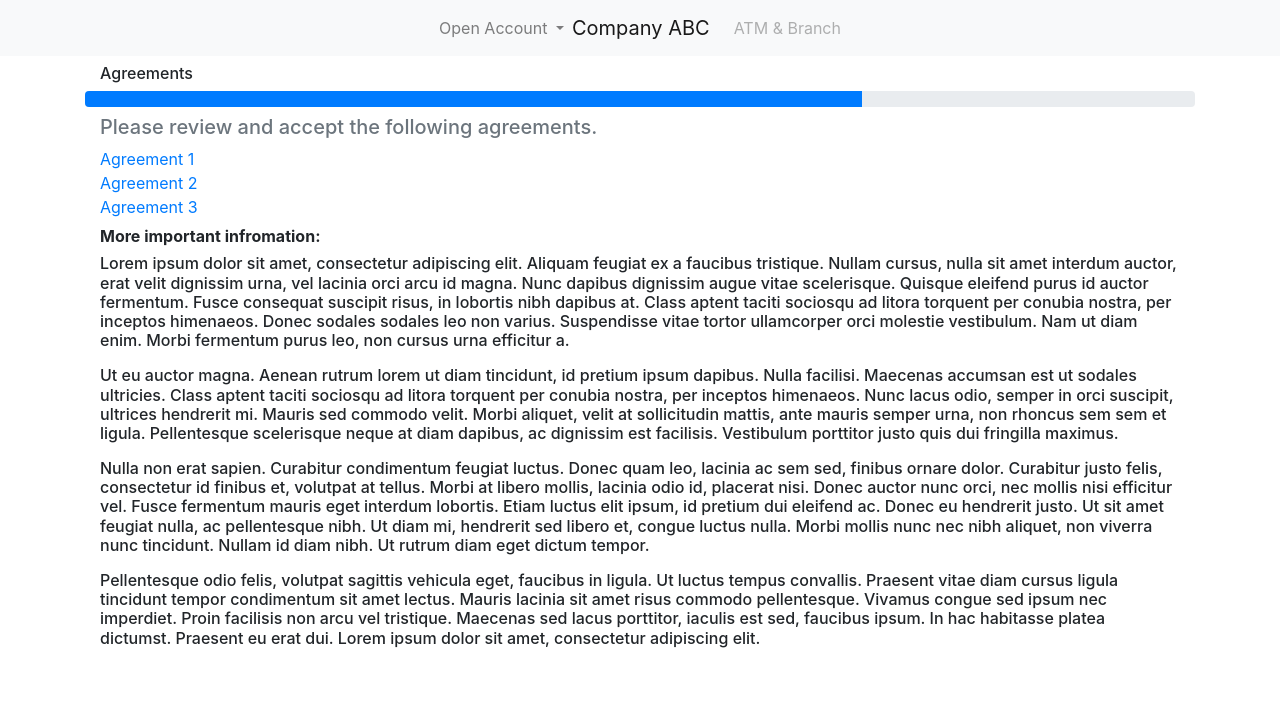
Repository: barriosan95/banking-opening-account-demo
Page: http://localhost/checking/application/customerInfo/finances/agreements
The author's editor kept a record of every edit. The page is drawn from the files as they stood at one moment, then again after the next edit.
The browser window is 1280 px wide. The pictures show the whole page.
Some web fonts or font styles are not loaded; a fallback is used. Some web libraries are served in a nearby version. The page is served by the project's Node server (index.js).

Above is the page before.

After the next edit:
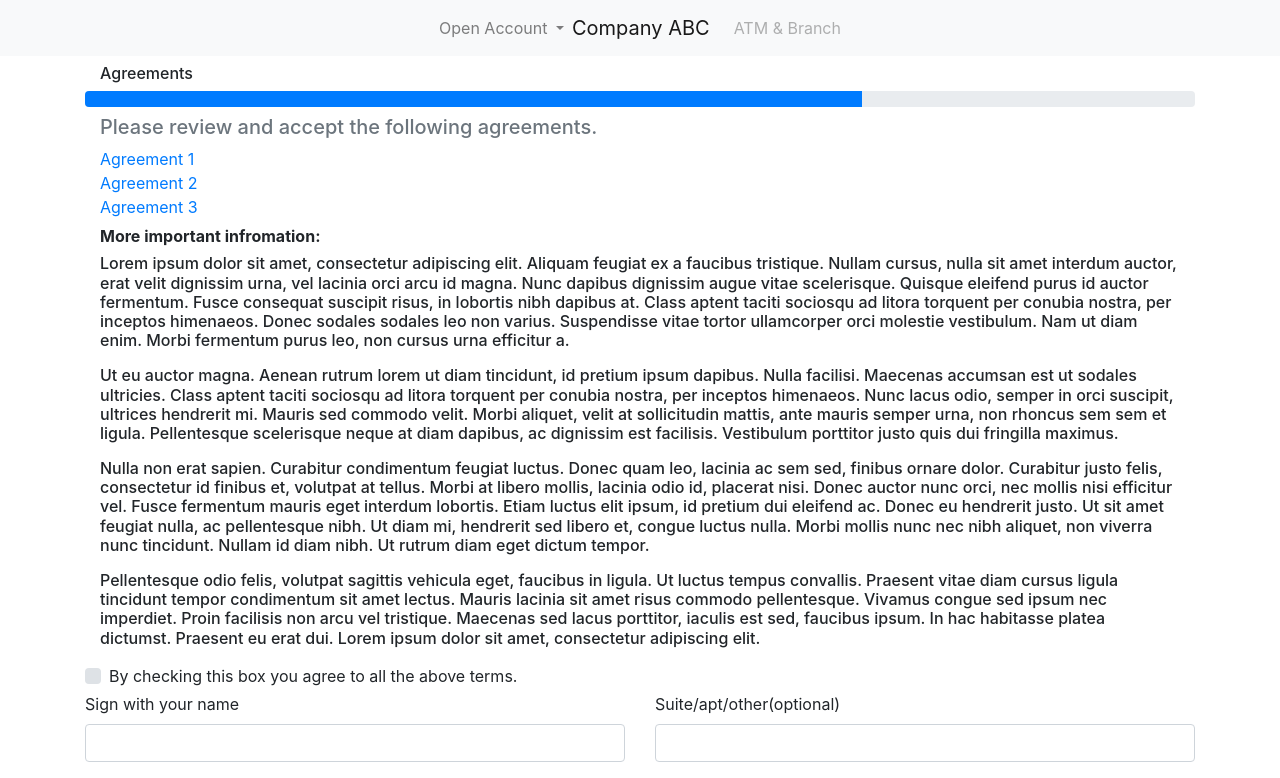
The edit:
--- a/views/agreement_app.ejs
+++ b/views/agreement_app.ejs
@@ -41,6 +41,21 @@
             Vivamus congue sed ipsum nec imperdiet. Proin facilisis non arcu vel tristique. Maecenas sed lacus porttitor, iaculis est sed, faucibus ipsum.
             In hac habitasse platea dictumst. Praesent eu erat dui. Lorem ipsum dolor sit amet, consectetur adipiscing elit.</p>
         </div>
+        <div class="custom-control custom-checkbox my-1 mr-sm-2">
+            <input type="checkbox" class="custom-control-input" id="customControlInline">
+            <label class="custom-control-label" for="customControlInline">By checking this box you agree to all the above terms. </label>
+        </div>
+        <form>
+            <div class="row">
+                <div class="col">
+                    <label> Sign with your name </label>
+                    <input type="text" class="form-control" placeholder="">
+                </div>
+                <div class="col">
+                    <label> Suite/apt/other(optional)</label>
+                    <input type="text" class="form-control" placeholder="">
+                </div>
+            </div>
     </div>
 
 <% include ./partials/footer %>
